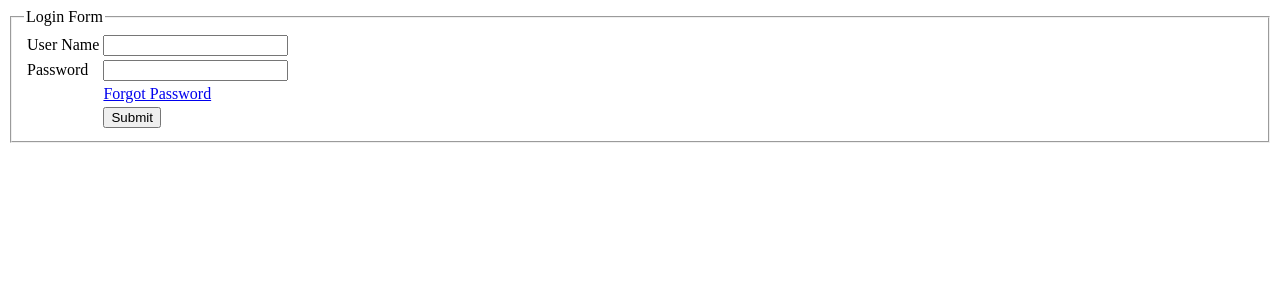
Repository: nosranijuned/WebRegister
Page: WebRegister/WebContent/view/Login.html
These files come from the project's save history. The page is drawn as it stood at one moment and after the next save; the edit follows.
The browser window is 1280 px wide. The pictures show the whole page.

Above is the page before, as saved 2019-03-12 07:00:12.

After the next save:
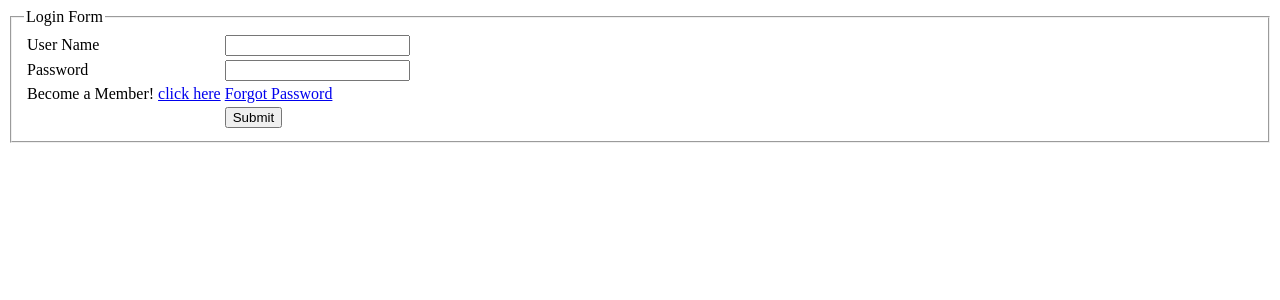
Saved 91 s later.
--- a/WebRegister/WebContent/view/Login.html
+++ b/WebRegister/WebContent/view/Login.html
@@ -11,7 +11,7 @@
 		<table>
 			<tr><td>User Name</td><td><input type="text" name="uname"></td></tr>
 			<tr><td>Password</td><td><input type="password" name="pass"></td></tr>
-			<tr><td></td><td><a href="ForgotPassword.html">Forgot Password</a></td></tr>
+			<tr><td>Become a Member! <a href="RegistrationPage.html">click here</a></td><td><a href="ForgotPassword.html">Forgot Password</a></td></tr>
 			<tr><td></td><td><input type="submit" value="Submit"></td></tr>
 		</table>
 	</fieldset>
